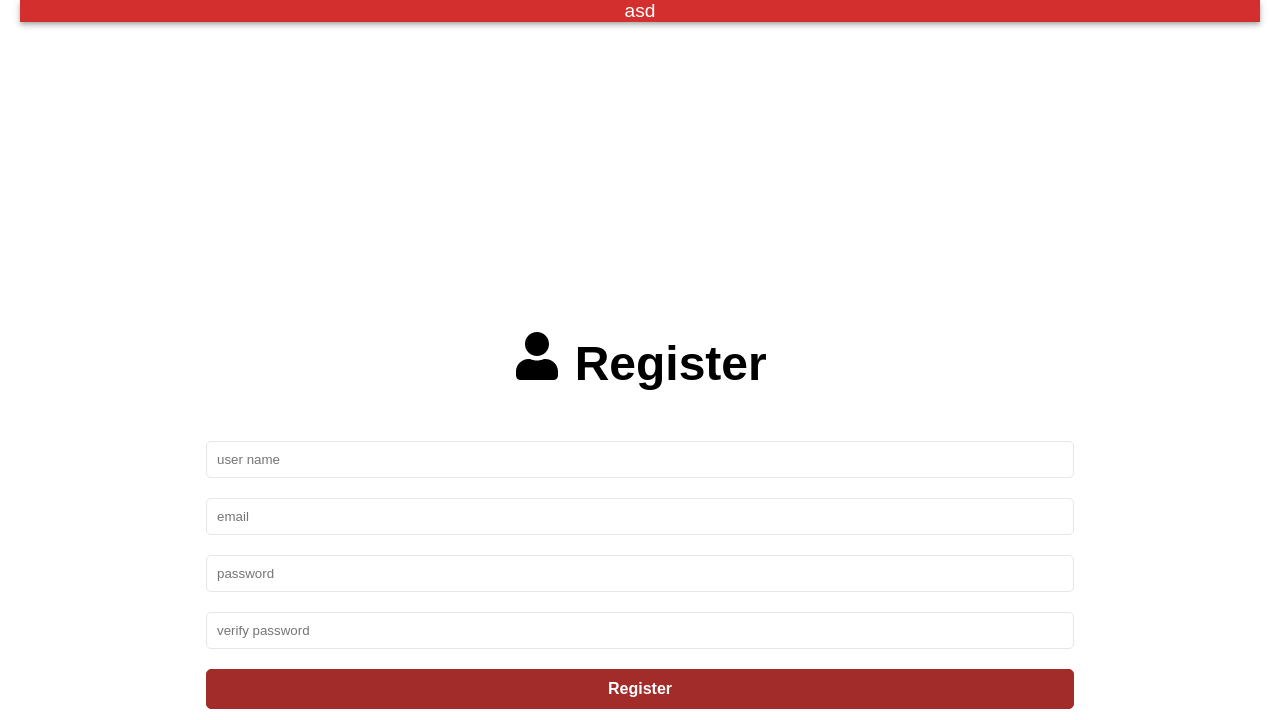
Repository: halilhaninan/MERNSTACK-Note-App
Page: /register (app in frontend/)
The author's editor kept a copy of each file at every save. The page is drawn from the files as they stood at one save, then again after the next save.
The browser window is 1280 px wide. The pictures show the whole page.
The project was rebuilt for these pictures with package versions that can differ from the ones it lists, and the page was loaded fresh each time. Also part of the build but not shown: frontend/src/Components/NotForm.jsx, frontend/src/Components/Spinner.jsx, frontend/src/Components/Not.jsx, frontend/src/pages/Dashboard.jsx, frontend/src/pages/Login.jsx, frontend/src/features/counter/counterSlice.js, frontend/src/features/counter/counter.js, frontend/src/App.css.

Above is the page before, as saved 2022-09-03 11:00:27.

After the next save:
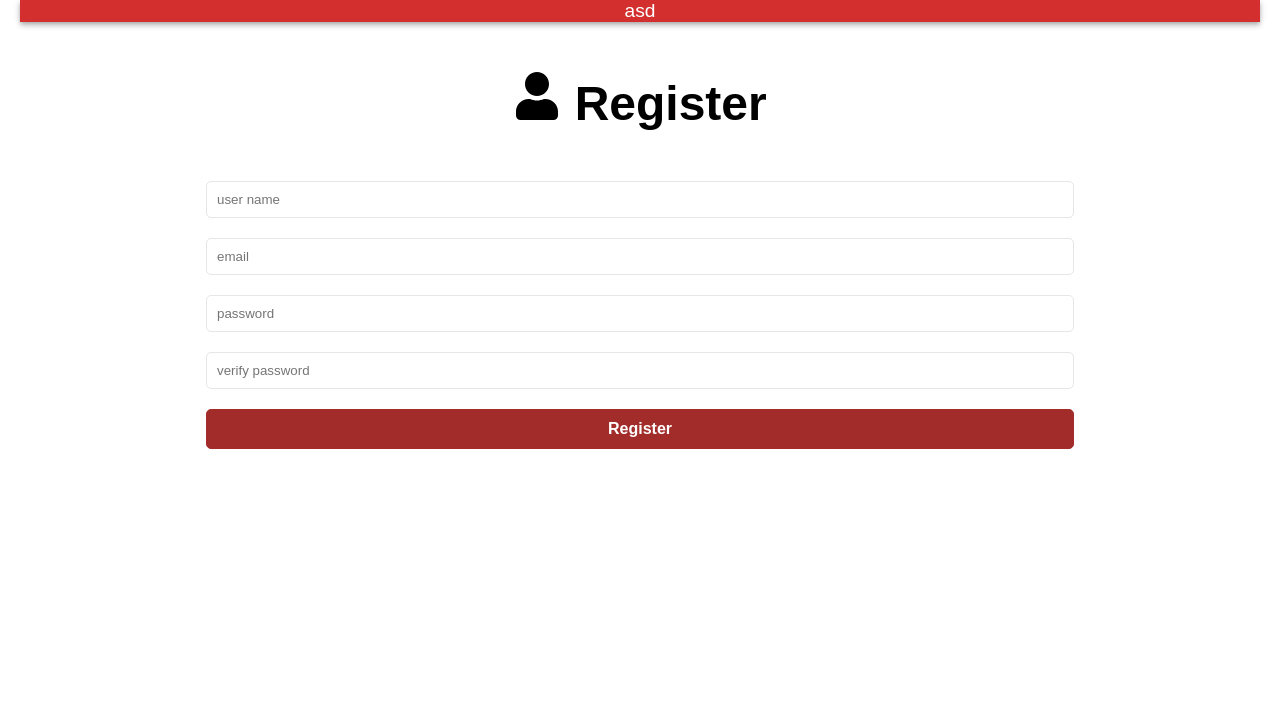
Saved 4 s later.
--- a/frontend/src/Components/Header.jsx
+++ b/frontend/src/Components/Header.jsx
@@ -20,7 +20,7 @@ function Header() {
   };
 
   return (
-    <AppBar position="static" color="error" sx={{ marginBottom: "25%" }}>
+    <AppBar position="static" color="error" sx={{ marginBottom: "50px" }}>
       asd
     </AppBar>
   );
